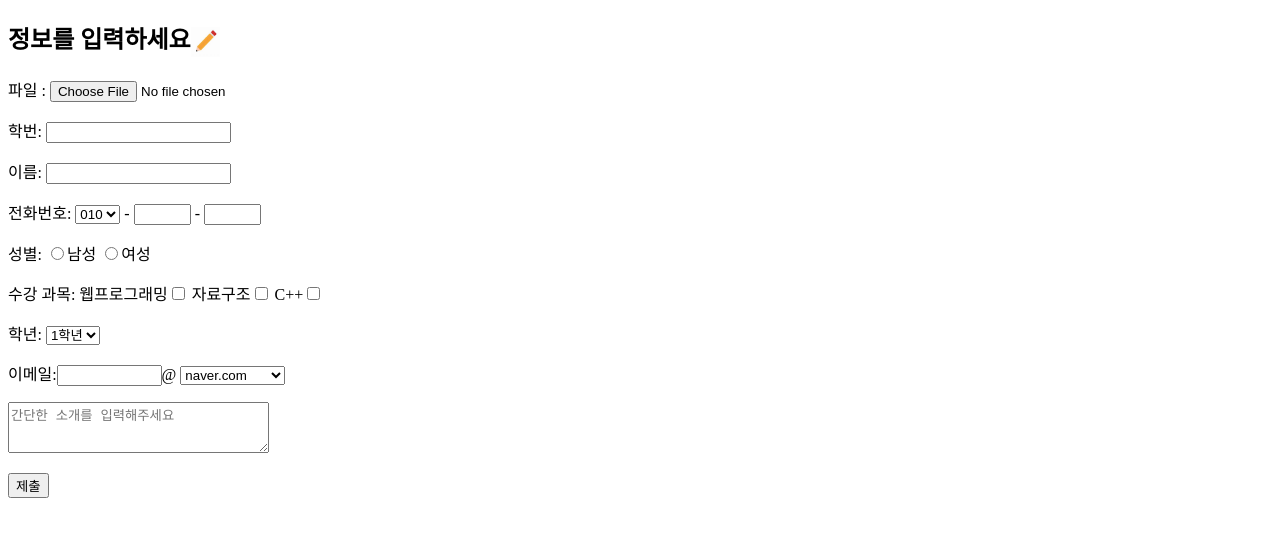
Repository: xxeionw/java_form
Page: http://localhost/formpro/form.jsp
The author's editor kept a copy of each file at every save. The page is drawn from the files as they stood at one save, then again after the next save.
The browser window is 1280 px wide. The pictures show the whole page.
The page is served by Tomcat 9. Other server files are loaded and not shown.

Above is the page before, as saved 2025-05-27 09:57:03.

### formpro/src/main/webapp/form.jsp
<%@ page language="java" contentType="text/html; charset=UTF-8"
    pageEncoding="UTF-8"%>
<!DOCTYPE html>
<html>
<head>
<meta charset="EUC-KR">
<title>입력 폼</title>
</head>
<body>
	<h2> 정보를 입력하세요<img src="image/pencil.jpeg" alt="사진" style = "height:30px; vertical-align: middle;"/></h2>
    <form action="result.jsp" method="post" enctype="multipart/form-data" >
        <p>파일 : <input type="file" name="filename">
        <p>학번: <input type="text" name="studentId"></p>
        <p>이름: <input type="text" name="name"></p>
        <p>전화번호: <select name="phone1">
        	<option value="010">010</option>
        	<option value="011">011</option>
        	<option value="02">02</option>
        </select> -
        <input type="text" maxlength="4" size="4" name="phone2"> -
        <input type="text" maxlength="4" size="4" name="phone3"></p>

        <p>성별: <input type ="radio" name ="sex" value= "남성">남성
        <input type = "radio" name ="sex" value="여성">여성

        <p>수강 과목: 웹프로그래밍<input type="checkbox" name="subject" value="웹프로그래밍">
        	자료구조<input type="checkbox" name="subject" value="자료구조">
        	C++<input type="checkbox" name="subject" value="C++">

        <p>학년:
            <select name="grade">
                <option value="1학년">1학년</option>
                <option value="2학년">2학년</option>
                <option value="3학년">3학년</option>
                <option value="4학년">4학년</option>
            </select>
        </p>

        <p>이메일:<input type="text" size="10" name="email">@
        <select name="emailaddress">
        <option value="naver.com">naver.com</option>
        <option value="gmail.com">gmail.com</option>
        <option value="daum.com">daum.com</option>
        <option value="duksung.ac.kr">duksung.ac.kr</option>
        </select>
        <p>
        <textarea name = "comment" cols="30" rows="3" placeholder="간단한 소개를 입력해주세요"></textarea>
        </p>
        <input type="submit" value="제출">
    </form>
</body>
</html>

After the next save:
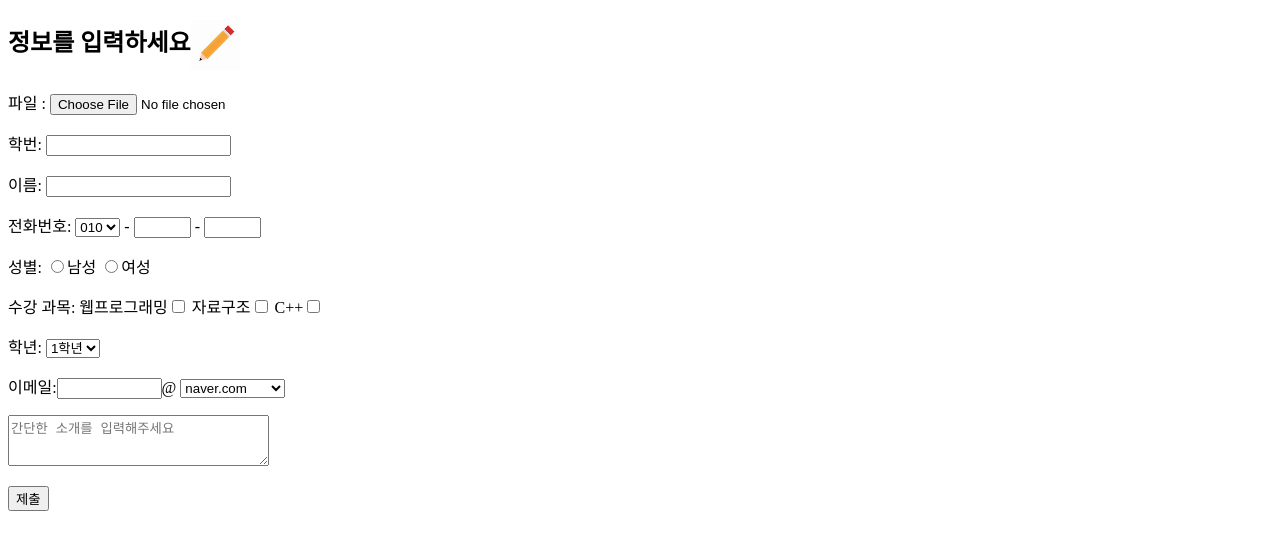
Saved 6 s later.
--- a/formpro/src/main/webapp/form.jsp
+++ b/formpro/src/main/webapp/form.jsp
@@ -7,7 +7,7 @@
 <title>입력 폼</title>
 </head>
 <body>
-	<h2> 정보를 입력하세요<img src="image/pencil.jpeg" alt="사진" style = "height:30px; vertical-align: middle;"/></h2>
+	<h2> 정보를 입력하세요<img src="image/pencil.jpeg" alt="사진" style = "height:50px; vertical-align: middle;"/></h2>
     <form action="result.jsp" method="post" enctype="multipart/form-data" >
         <p>파일 : <input type="file" name="filename">
         <p>학번: <input type="text" name="studentId"></p>
